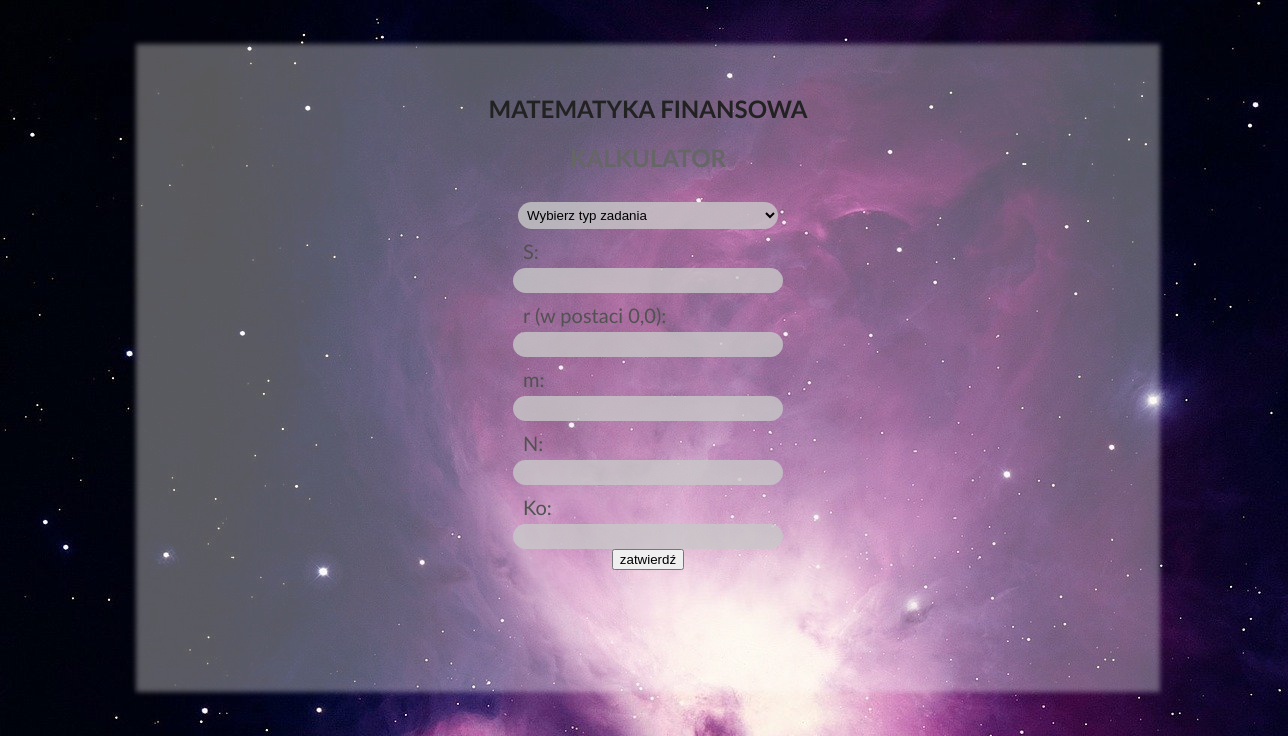
Repository: ravkita/MFCalc
Page: index.html
The author's editor kept a copy of each file at every save. The page is drawn from the files as they stood at one save, then again after the next save.
The browser window is 1280 px wide. The page is 1288 px wide, so the pictures cover 1288 px, including what lies to the right of the window. The pictures show the whole page.

Above is the page before, as saved 2021-04-12 19:47:52.

After the next save:
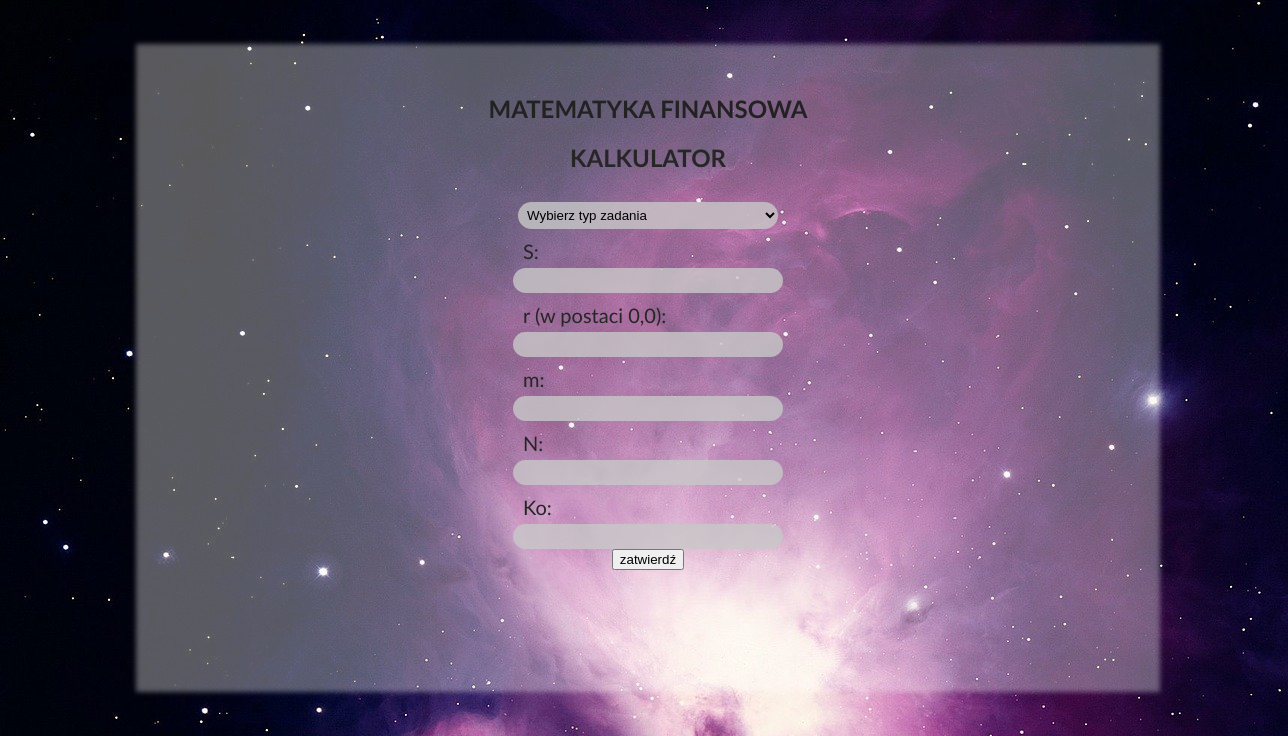
Saved 23 s later.
--- a/index.html
+++ b/index.html
@@ -46,7 +46,7 @@
         }
         .subtitle{
             margin-top: 10px;
-            color: #666666;
+            color: #262626;
         }
 
         #form{
@@ -73,7 +73,7 @@
         label{
             padding-left: 10px;
             padding-bottom: 5px;
-            color: #525252;
+            color: #262626;
             font-size: 20px;
         }
     </style>
